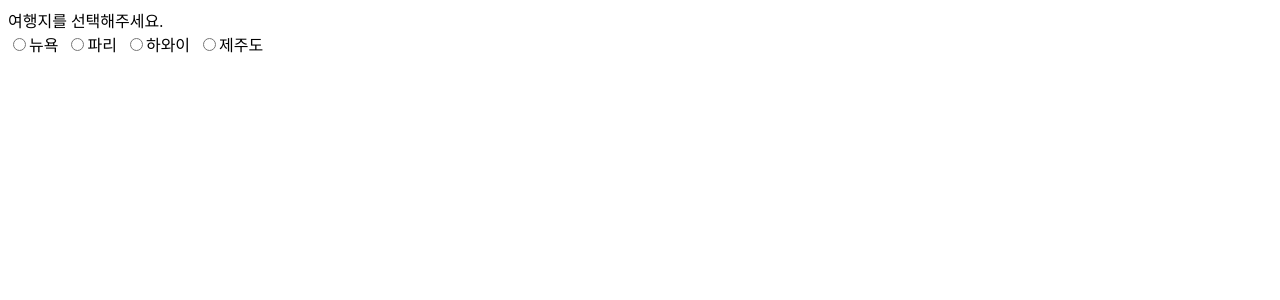
Repository: hanbeen03/javabasic
Page: http://localhost/JSPBasic/02-response/travel_main.jsp
These files come from the project's save history. The page is drawn as it stood at one moment and after the next save; the edit follows.
The browser window is 1280 px wide. The pictures show the whole page.
The page is served by Tomcat 9.

Above is the page before, as saved 2021-08-02 00:59:25.

### JSPBasic/WebContent/02-response/travel_main.jsp
<%@ page language="java" contentType="text/html; charset=UTF-8"
    pageEncoding="UTF-8"%>
<!DOCTYPE html>
<html>
<head>
<meta charset="UTF-8">
<title>여행 안내 페이지</title>
</head>
<body>
	<form action="travel_check.jsp" method="post">
		여행지를 선택해주세요.<br/>
		<input type="radio" name="city" value="뉴욕" />뉴욕&nbsp;
		<input type="radio" name="city" value="파리" />파리&nbsp;
		<input type="radio" name="city" value="하와이" />하와이&nbsp;
		<input type="radio" name="city" value="제주도" />제주도
	</form>
</body>
</html>

After the next save:
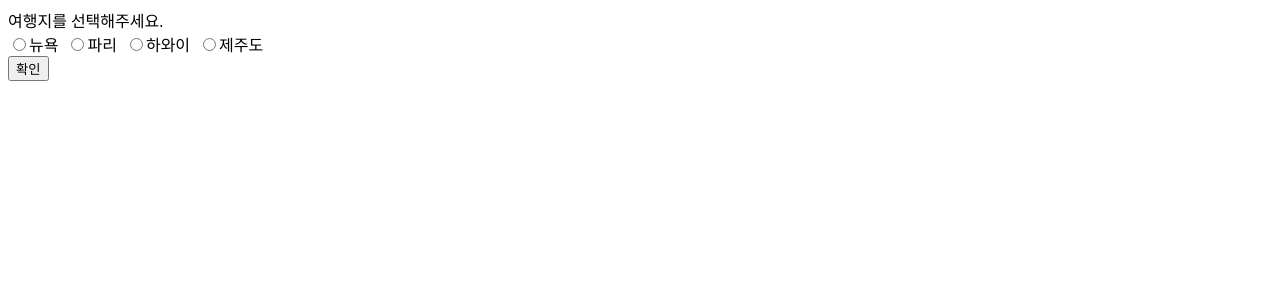
Saved 52 s later.
--- a/JSPBasic/WebContent/02-response/travel_main.jsp
+++ b/JSPBasic/WebContent/02-response/travel_main.jsp
@@ -12,7 +12,8 @@
 		<input type="radio" name="city" value="뉴욕" />뉴욕&nbsp;
 		<input type="radio" name="city" value="파리" />파리&nbsp;
 		<input type="radio" name="city" value="하와이" />하와이&nbsp;
-		<input type="radio" name="city" value="제주도" />제주도
+		<input type="radio" name="city" value="제주도" />제주도<br>
+		<input type="submit" value="확인" />
 	</form>
 </body>
 </html>
